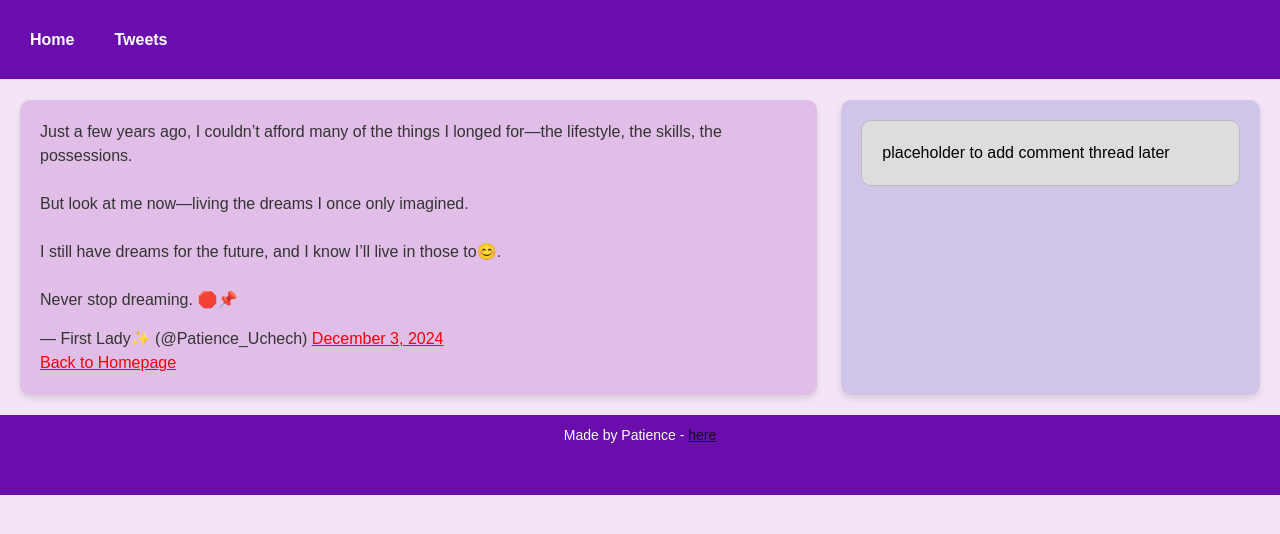
Repository: Patience225/My_First_Portfolio
Page: html_basic/tweets.html
The author's editor kept a copy of each file at every save. The page is drawn from the files as they stood at one save, then again after the next save.
The browser window is 1280 px wide. The pictures show the whole page.

Above is the page before, as saved 2024-12-22 05:18:18.

After the next save:
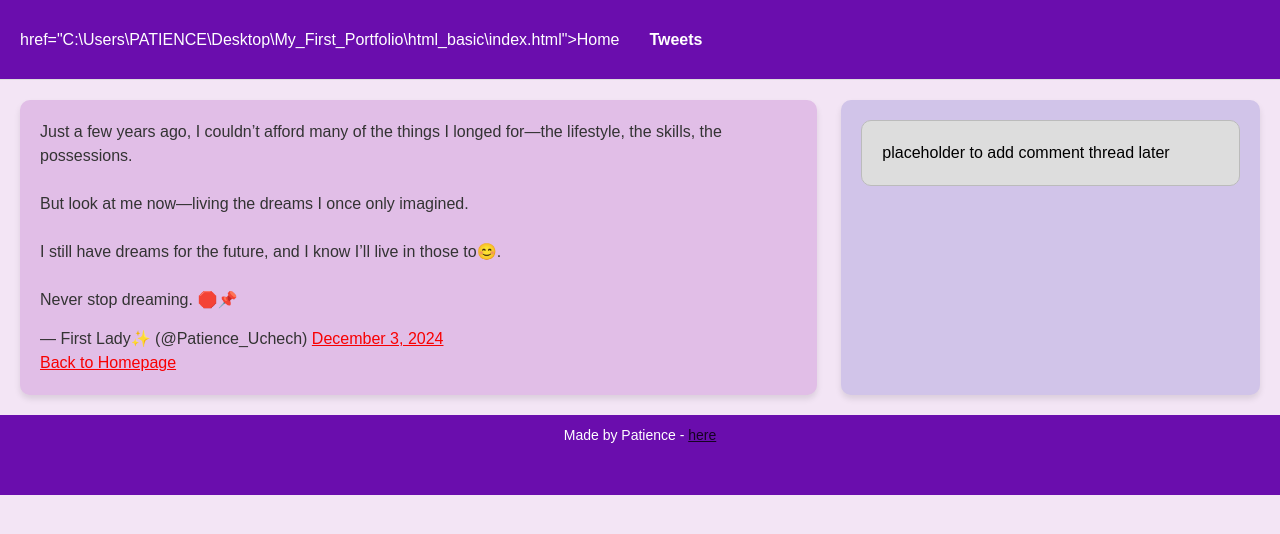
Saved 3 min 32 s later.
--- a/html_basic/tweets.html
+++ b/html_basic/tweets.html
@@ -10,8 +10,8 @@
 <body class="tweets-page">
   <header>
     <ul>
-      <li><a href="/html_basic/index.html">Home</a></li>
-      <li><a href="/html_basic/tweets.html">Tweets</a></li>
+      href="C:\Users\PATIENCE\Desktop\My_First_Portfolio\html_basic\index.html">Home</a></li>
+      <li><a href="C:\Users\PATIENCE\Desktop\My_First_Portfolio\html_basic\tweets.html">Tweets</a></li>
     </ul>
   </header>
   <main>

After the 2 saves that followed:
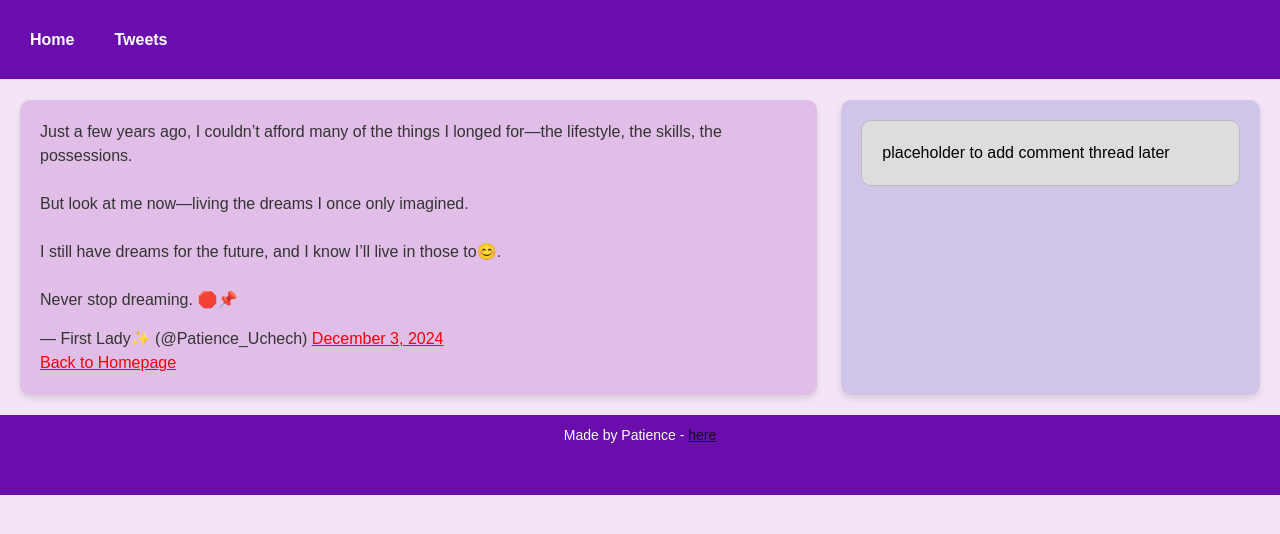
The 2 saves are shown as one change because they came seconds apart.
The last was saved 7 s later.
--- a/html_basic/tweets.html
+++ b/html_basic/tweets.html
@@ -10,8 +10,8 @@
 <body class="tweets-page">
   <header>
     <ul>
-      href="C:\Users\PATIENCE\Desktop\My_First_Portfolio\html_basic\index.html">Home</a></li>
-      <li><a href="C:\Users\PATIENCE\Desktop\My_First_Portfolio\html_basic\tweets.html">Tweets</a></li>
+      <li><a href="/html_basic/index.html">Home</a></li>
+      <li><a href="/html_basic/tweets.html">Tweets</a></li>
     </ul>
   </header>
   <main>
